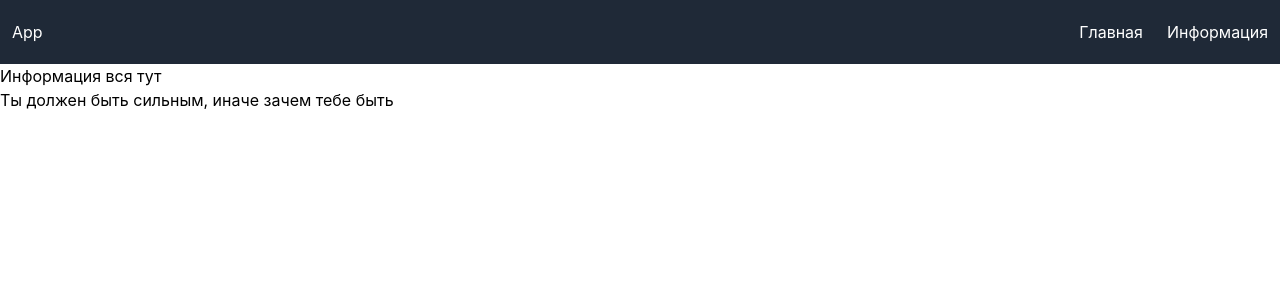
Repository: VachArt/react-exam-work
Page: /about
The author's editor kept a copy of each file at every save. The page is drawn from the files as they stood at one save, then again after the next save.
The browser window is 1280 px wide. The pictures show the whole page.
The project was rebuilt for these pictures with package versions that can differ from the ones it lists, and the page was loaded fresh each time. Also part of the build but not shown: src/components/pages/Home/item/Check.jsx, src/components/pages/Home/item/TodoItem.jsx, src/components/pages/Home/create-todo-field/CreateTodoField.jsx, src/components/pages/Home/Home.jsx.

Above is the page before, as saved 2022-04-27 23:40:47.

After the next save:
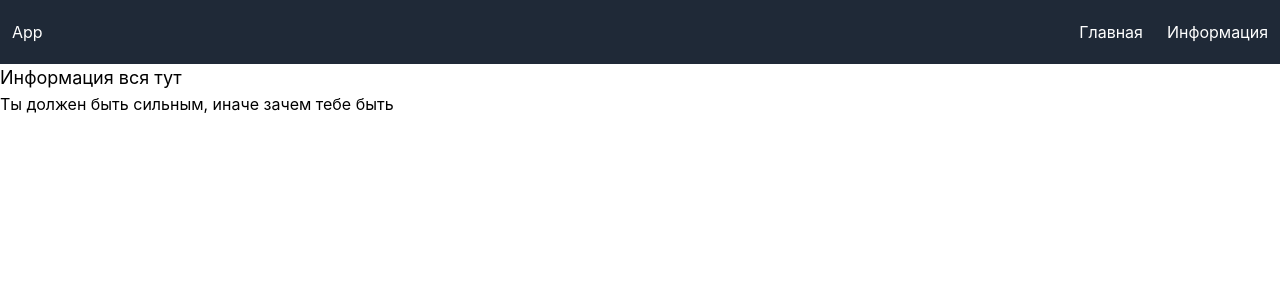
Saved 18 s later.
--- a/src/components/pages/About/About.jsx
+++ b/src/components/pages/About/About.jsx
@@ -3,7 +3,7 @@ import React from "react"
 export const About = () => (
     <div className="bg-white">
         <div>
-            <h1 className="display-4">Информация вся тут</h1>
+            <h1 className="text-lg">Информация вся тут</h1>
             <p className="lead">Ты должен быть сильным, иначе зачем тебе быть</p>
         </div>
     </div>
